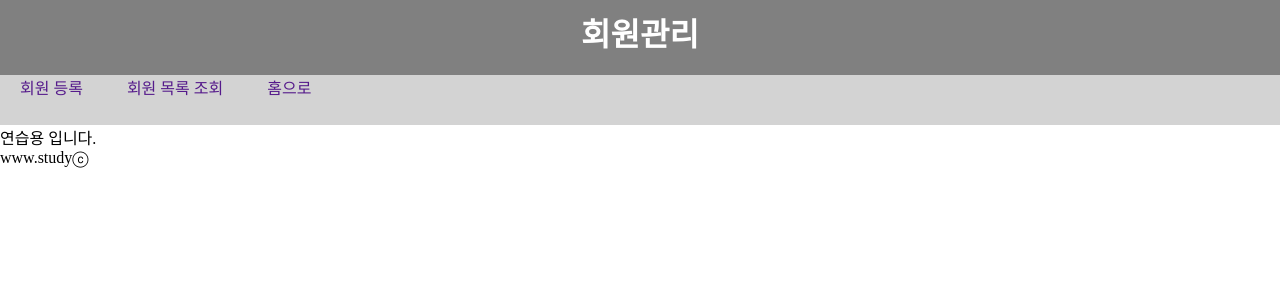
Repository: jieun000/Craftsman_Information_Processing
Page: http://localhost/00_study/
The author's editor kept a copy of each file at every save. The page is drawn from the files as they stood at one save, then again after a run of saves.
The browser window is 1280 px wide. The pictures show the whole page.
The page is served by Tomcat 9. Other server files are loaded and not shown.

Above is the page before, as saved 2023-07-02 13:24:49.

### 00_study/WebContent/index.jsp
<%@ page language="java" contentType="text/html; charset=UTF-8"
    pageEncoding="UTF-8"%>
<!DOCTYPE html>
<html>
<head>
<meta charset="UTF-8">
<title>Insert title here</title>
<style>
	* {
		margin: 0px;
		padding: 0px;
	}
	header {
		width: 100%;
		height: 75px;
		background: gray;
		color: white;
		text-align: center;
		line-height: 70px;
	}
	nav {
		height: 50px;
		background: lightgray;
		color: white;
	}
	a {
		text-decoration: none;
		padding: 20px;
	}
</style>
</head>
<body>
	<header>
		<h1>회원관리</h1>
	</header>
	<nav>
		<a href="">회원 등록</a>
		<a href="">회원 목록 조회</a>
		<a href="">홈으로</a>
	</nav>
	<p>연습용 입니다.</p>
	<footer>
		www.studyⓒ
	</footer>
</body>
</html>

After the next 2 saves:
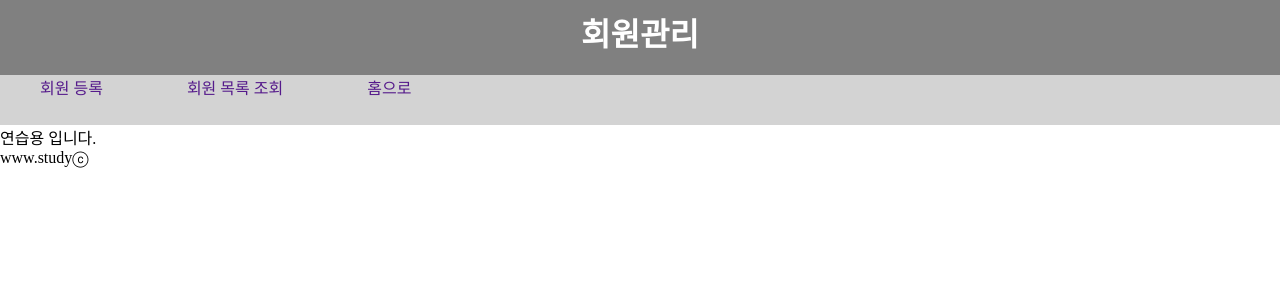
The 2 saves are shown as one change because they came seconds apart.
The last was saved 15 s later.
--- a/00_study/WebContent/index.jsp
+++ b/00_study/WebContent/index.jsp
@@ -26,6 +26,7 @@
 	a {
 		text-decoration: none;
 		padding: 20px;
+		margin: 20px;
 	}
 </style>
 </head>

After the save that followed:
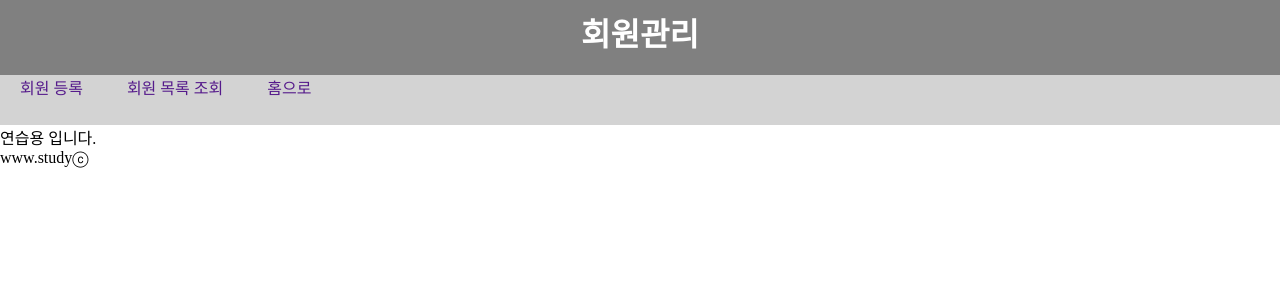
Saved 6 s later.
--- a/00_study/WebContent/index.jsp
+++ b/00_study/WebContent/index.jsp
@@ -26,7 +26,7 @@
 	a {
 		text-decoration: none;
 		padding: 20px;
-		margin: 20px;
+
 	}
 </style>
 </head>
